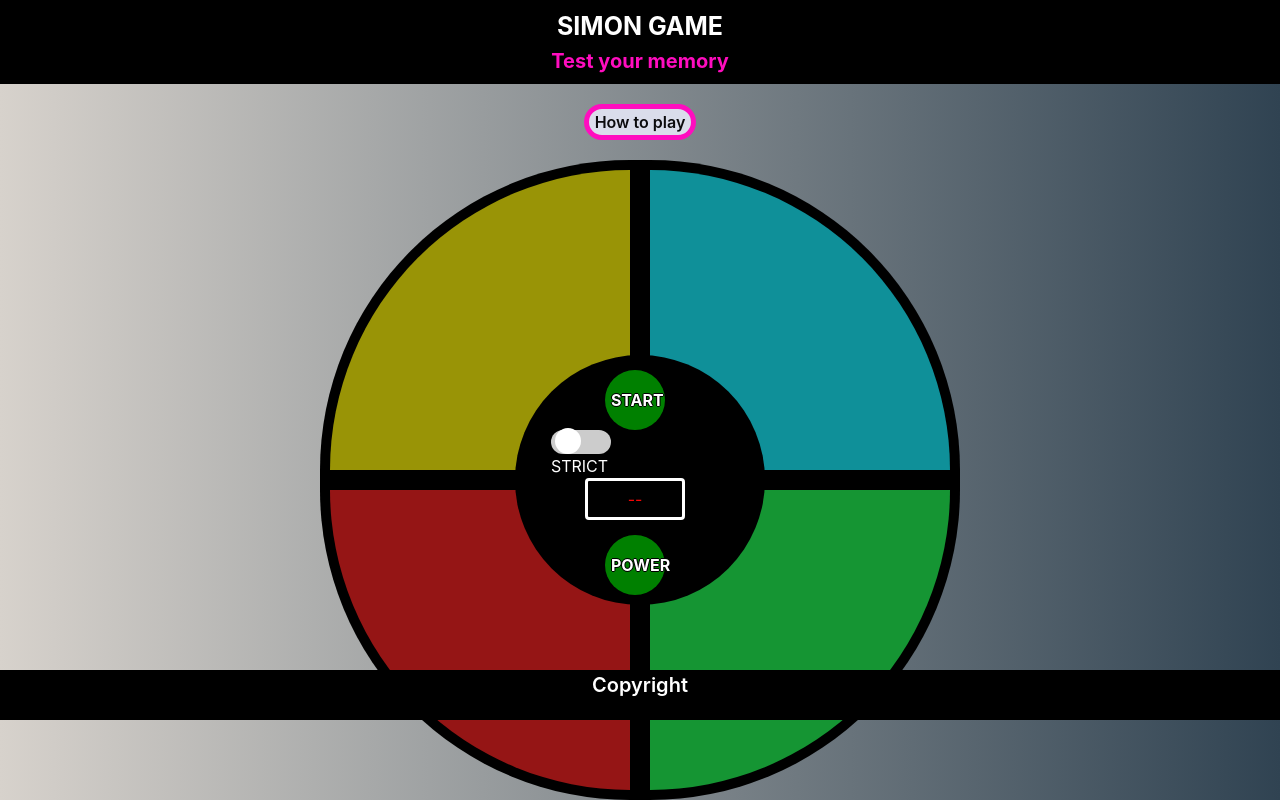
Repository: murphya14/Simon-game
Page: index.html
The author's editor kept a record of every edit. The page is drawn from the files as they stood at one moment, then again after the next edit.
The browser window is 1280 px wide. The pictures show the whole page.

Above is the page before.
Console error: ReferenceError: s is not defined

After the next edit:
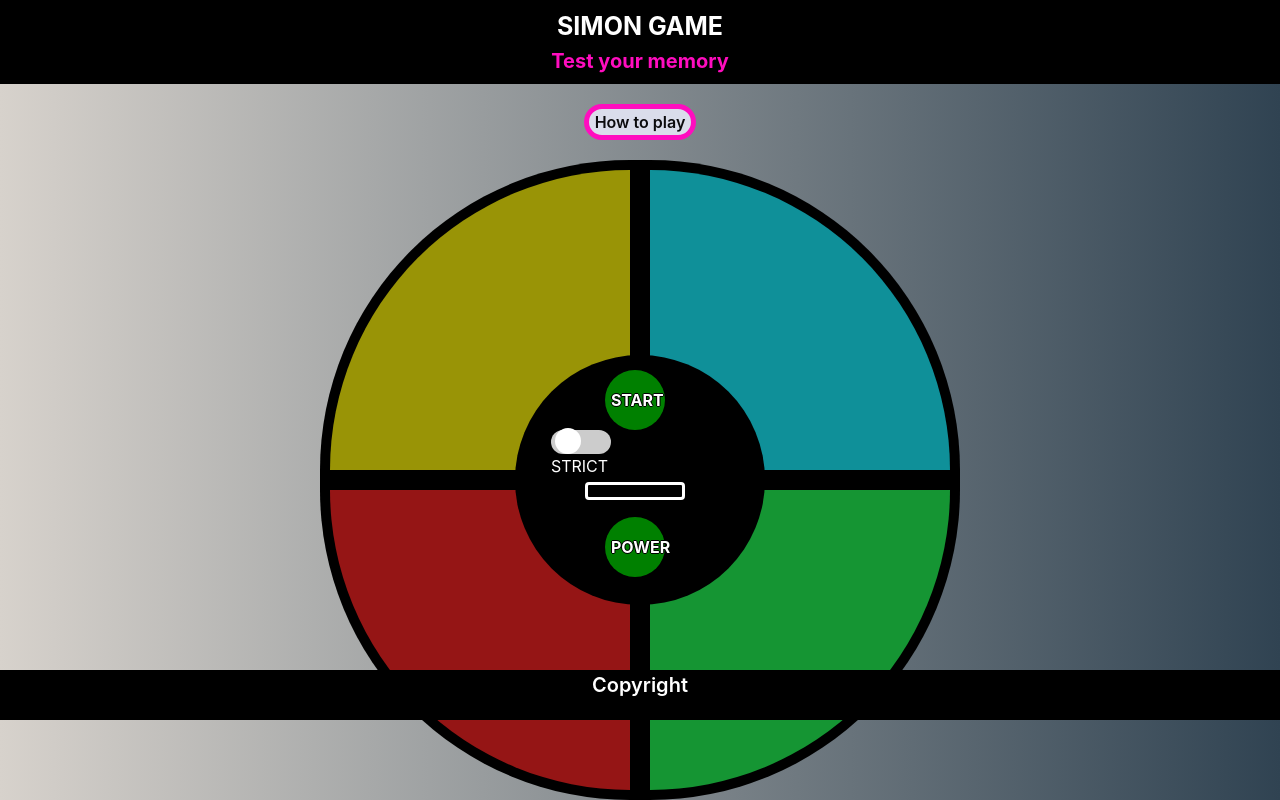
Console error: SyntaxError: Unexpected token ')'
The edit:
--- a/assets/js/make.js
+++ b/assets/js/make.js
@@ -71,11 +71,8 @@
     clearColor();
     clearInterval(intervalId);
 }
-
-if( on ==true){
-startButton.click(function() {
-
-      allowStart();
+else{
+ allowStart();
 });
 }
 

After the edit that followed:
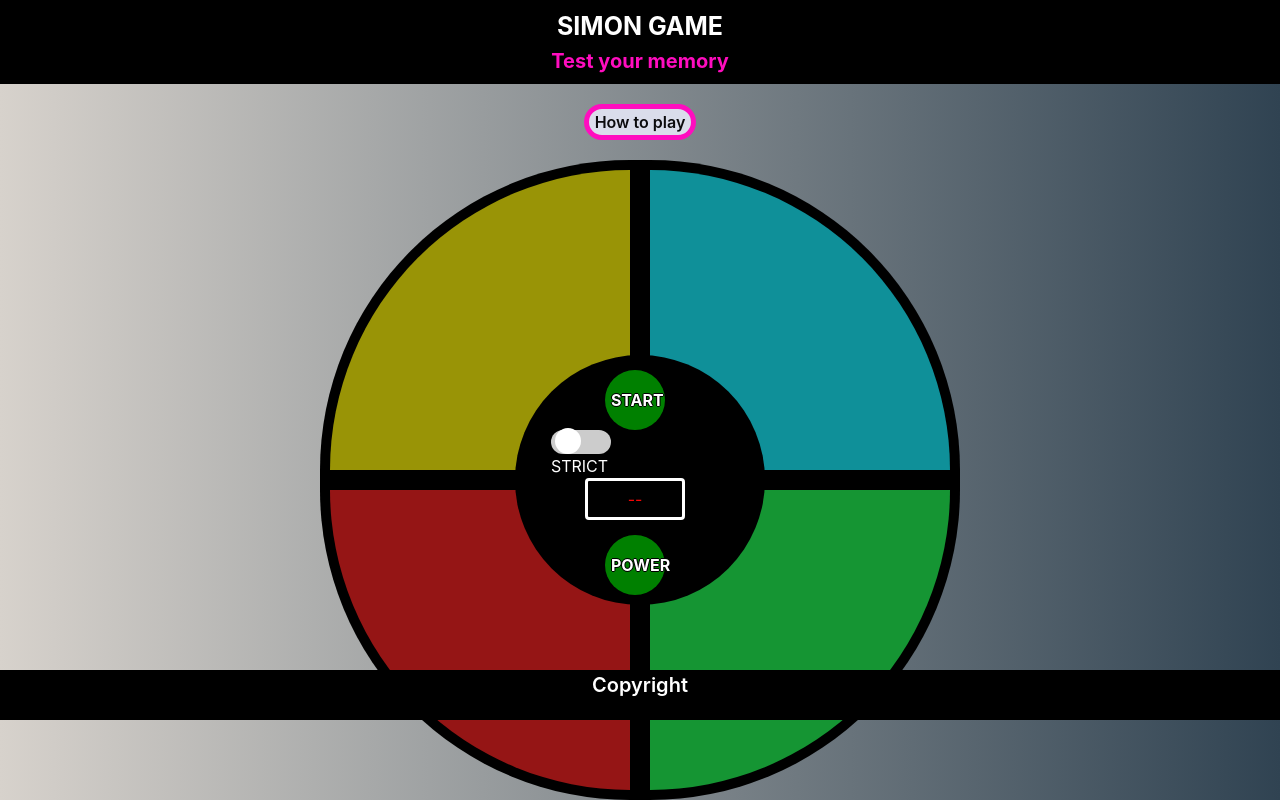
Console error: ReferenceError: s is not defined
The edit:
--- a/assets/js/make.js
+++ b/assets/js/make.js
@@ -73,8 +73,8 @@
 }
 else{
  allowStart();
-});
-}
+}
+
 
 
     /*----------------------------------------Power is clicked*/
